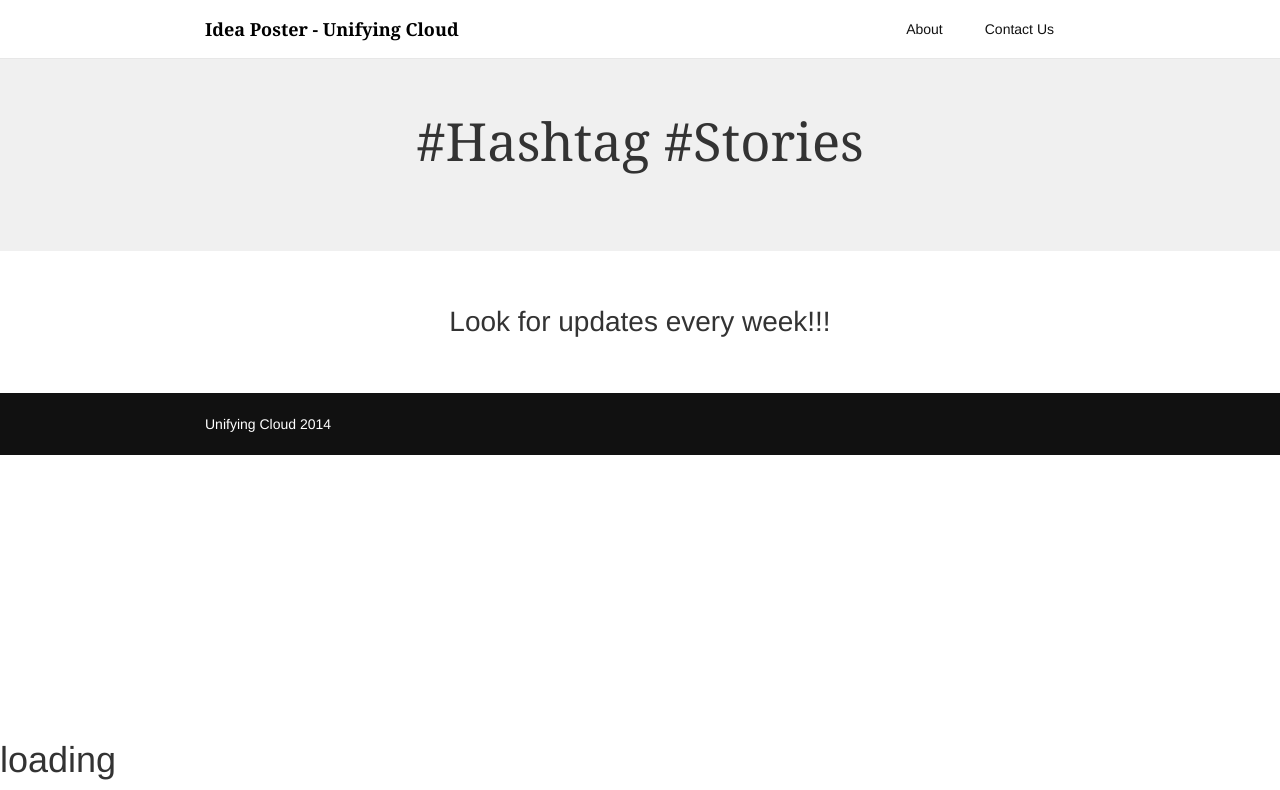
Repository: unifyingcloud/IdeaPosterHashtagStories
Page: index.html
The author's editor kept a record of every edit. The page is drawn from the files as they stood at one moment, then again after the next edit.
The browser window is 1280 px wide. The pictures show the whole page.

Above is the page before.
Not found: phonegap.js

After the next edit:
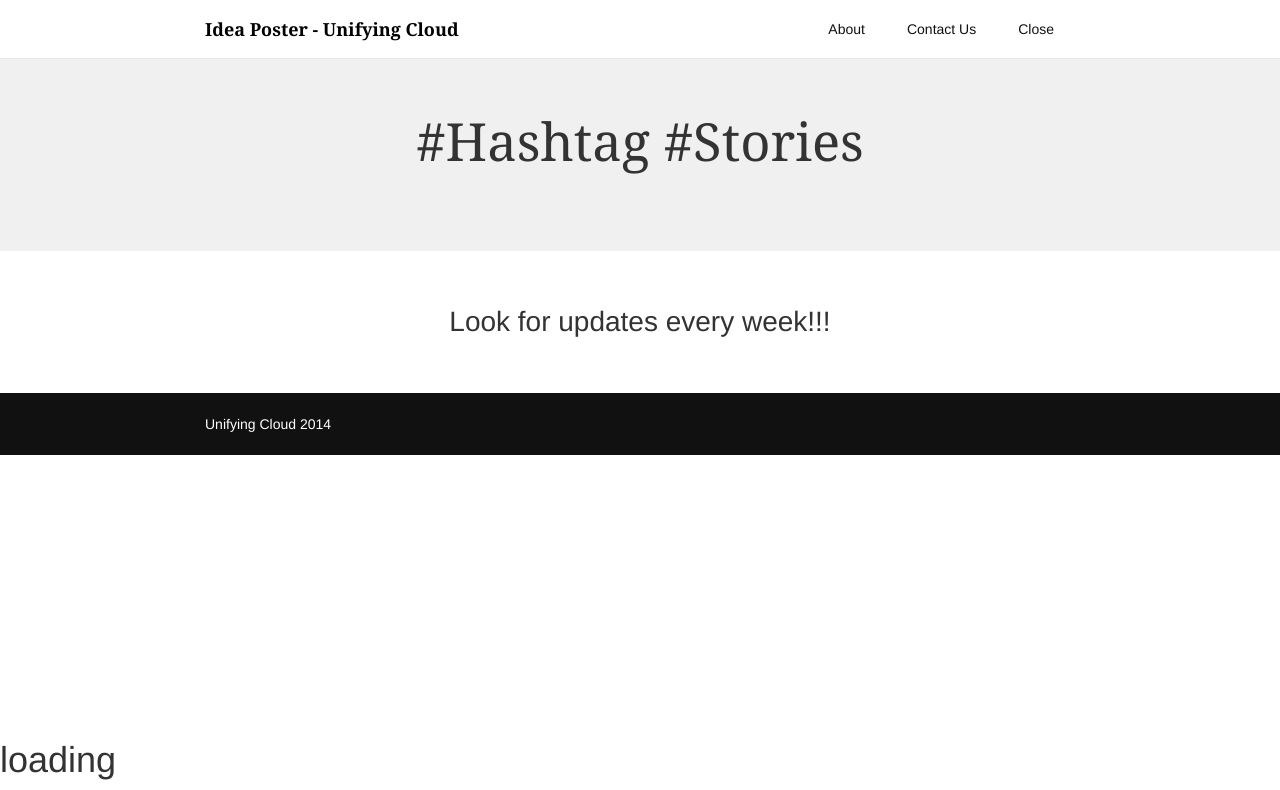
The edit:
--- a/index.html
+++ b/index.html
@@ -119,6 +119,7 @@
 
             <li><a href="http://www.unifyingcloud.com" class="nav-link">About</a></li>
             <li><a href="http://www.unifyingcloud.com">Contact Us</a></li>
+            <li><a href="#" onClick="javascript:navigator.app.exitApp();">Close</a></li>
 
 
           </ul>
